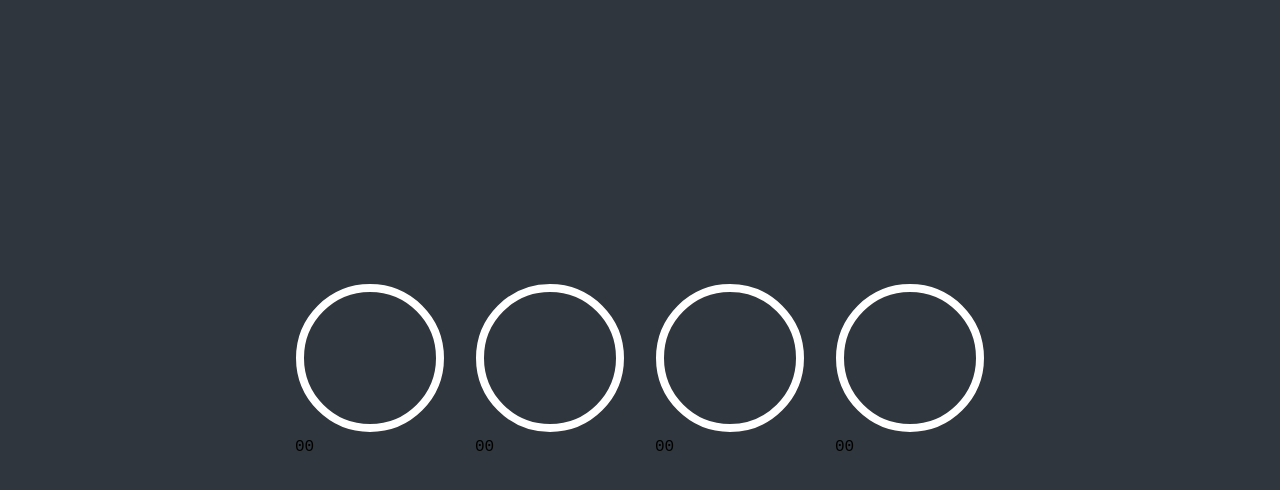
Repository: northpx/happyNY
Page: index.html
These files come from the project's save history. The page is drawn as it stood at one moment and after the next save; the edit follows.
The browser window is 1280 px wide. The pictures show the whole page.

Above is the page before, as saved 2022-12-31 10:48:21.

After the next save:
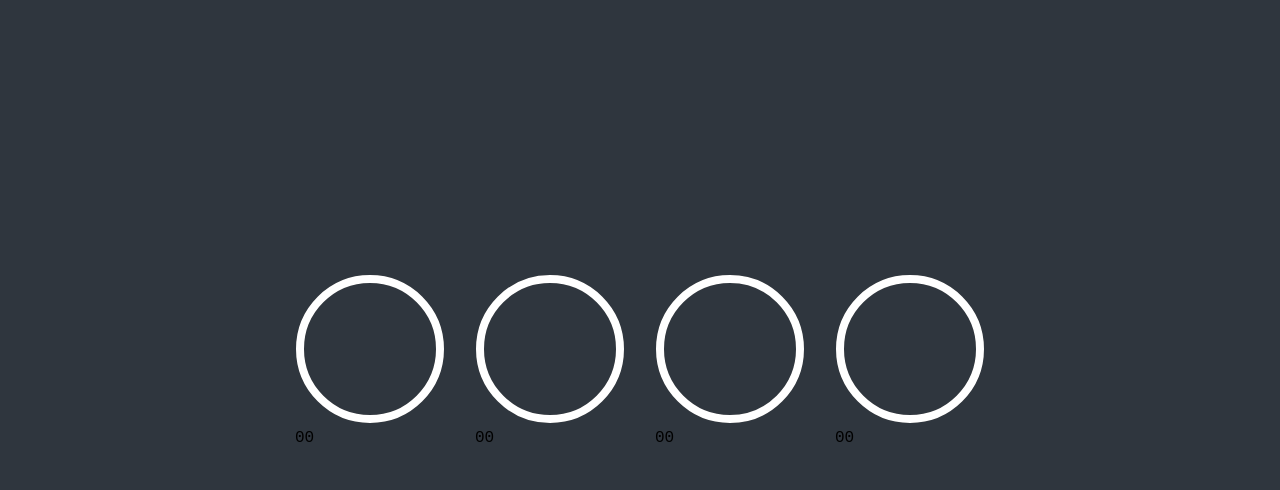
Saved 3 min 22 s later.
--- a/style.css
+++ b/style.css
@@ -49,6 +49,6 @@ h1{
     stroke-dasharray: 440;
 }
 
-.time div{
+#time div{
     position: absolute;
 }
